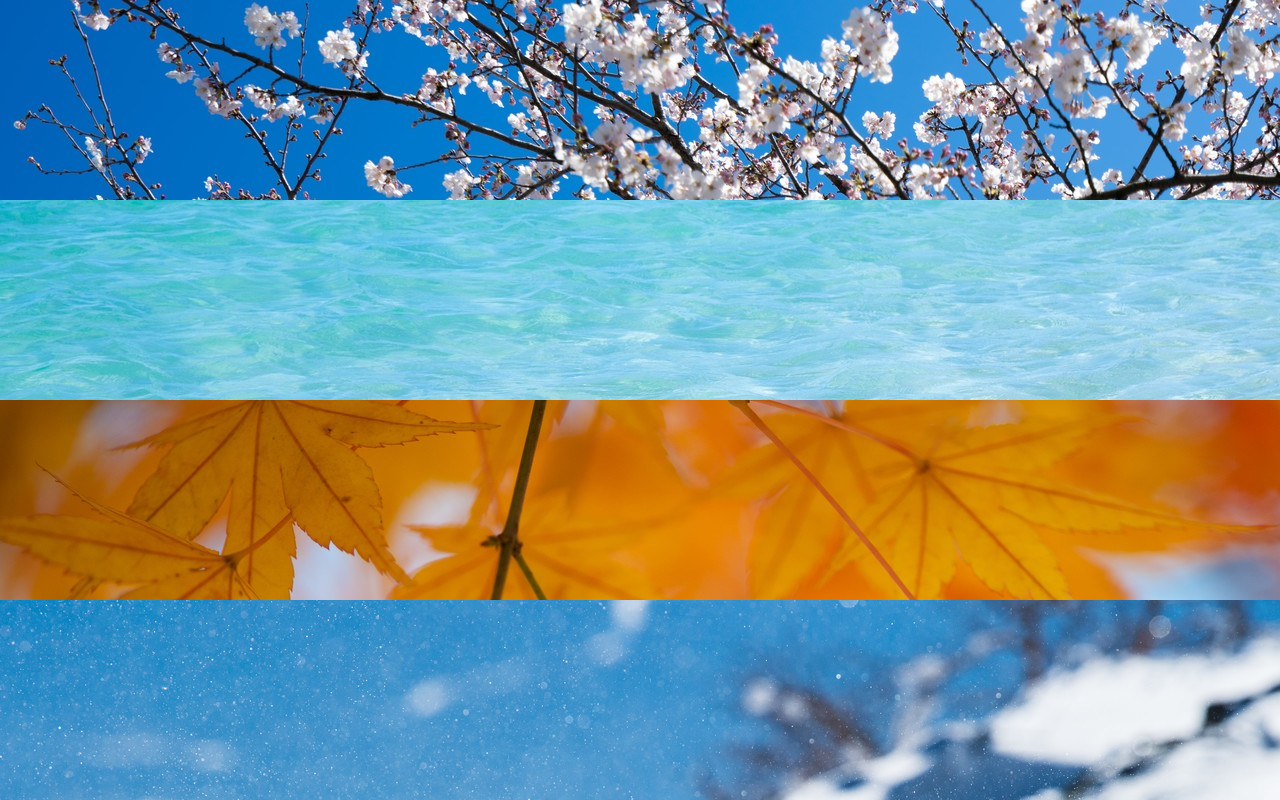
Repository: hayase-m/Webcamp
Page: chapter6/chapter6.html
The author's editor kept a record of every edit. The page is drawn from the files as they stood at one moment, then again after the next edit.
The browser window is 1280 px wide. The pictures show the whole page.

Above is the page before.

### chapter6/chapter6.html
<!DOCTYPE html>
<html lang="en">
<head>
  <meta charset="UTF-8">
  <link rel="stylesheet" href="style.css" type="text/css" />
  <title>Chapter6</title>
</head>
<body>
  <div class="image1"></div>
  <div class="image2"></div>
  <div class="image3"></div>
  <div class="image4"></div>
</body>
</html>

### chapter6/style.css
* {
  margin: 0;
  padding: 0;
  box-sizing: border-box;
}

.image1 {
  width: 100%;
  height: 200px;
  background-image: url(img/box1.jpg)
}

.image2 {
  width: 100%;
  height: 200px;
  background-image: url(img/box2.jpg)
}

.image3 {
  width: 100%;
  height: 200px;
  background-image: url(img/box3.jpg)
}

.image4 {
  width: 100%;
  height: 200px;
  background-image: url(img/box4.jpg)
}

After the next edit:
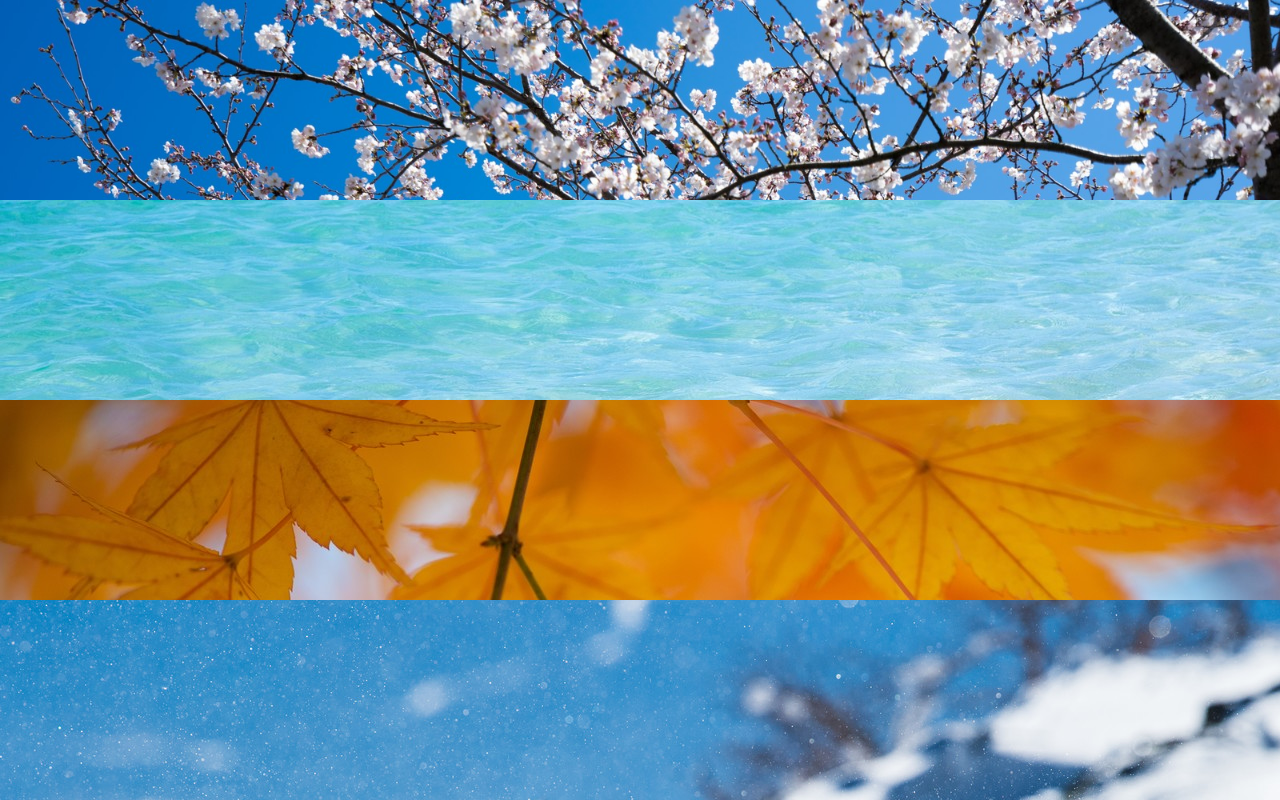
The edit:
--- a/chapter6/style.css
+++ b/chapter6/style.css
@@ -7,7 +7,8 @@
 .image1 {
   width: 100%;
   height: 200px;
-  background-image: url(img/box1.jpg)
+  background-image: url(img/box1.jpg);
+  background-size: cover;
 }
 
 .image2 {
